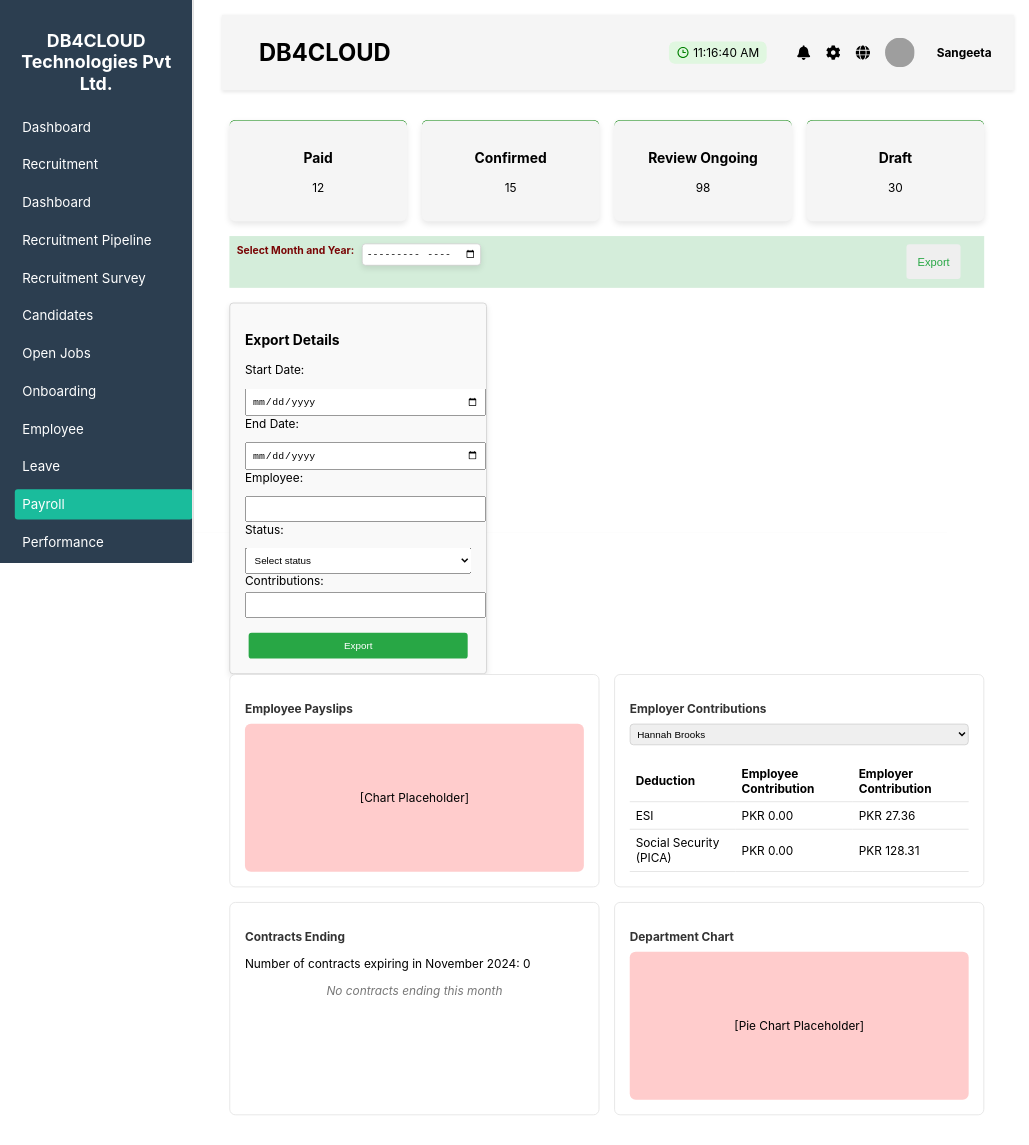
Repository: tinu-ns/Dev-code
Page: /payroll/payroll-dashboard (app in HRMS-DEMO-Sang/hrms/), after clicking the first element matching `button.export`
The author's editor kept a copy of each file at every save. The page is drawn from the files as they stood at one save, then again after the next save.
The browser window is 1280 px wide. The page is 1390 px wide, so the pictures cover 1390 px, including what lies to the right of the window. The pictures show the whole page, at 74% of full size.
Pictures or frames that could not be fetched are drawn as grey boxes. The project was rebuilt for these pictures with package versions that can differ from the ones it lists, and the page was loaded fresh each time. Also part of the build but not shown: HRMS-DEMO-Sang/hrms/src/components/Dashboard.js, HRMS-DEMO-Sang/hrms/src/components/Recruitment.js, HRMS-DEMO-Sang/hrms/src/components/Payroll/Payroll.js, HRMS-DEMO-Sang/hrms/src/components/Leave.js, HRMS-DEMO-Sang/hrms/src/components/Employee.js, HRMS-DEMO-Sang/hrms/src/components/MainContent.css, HRMS-DEMO-Sang/hrms/src/components/MainContent.js, HRMS-DEMO-Sang/hrms/src/components/RightSidebar.css and 8 more. Imported but missing from the stored project, and not drawn on this page: HRMS-DEMO-Sang/hrms/src/components/Onboarding, HRMS-DEMO-Sang/hrms/src/components/Performance.

Above is the page before, as saved 2024-11-06 11:36:38.

### HRMS-DEMO-Sang/hrms/src/components/Header.js
import React, {useState,useEffect} from 'react'
import {FaBell, FaCog, FaGlobe, FaSignOutAlt} from 'react-icons/fa'
import {BiTime} from 'react-icons/bi'
import './Header.css'

const Header = () => {
    const [currentTime, setCurrentTime] = useState('')
    const [showDropdown, setShowDropdown] = useState(false);

    const getCurrentTime = () => {
        const now = new Date()
        return now.toLocaleTimeString()   // Returns time as HH:MM:SS
    }

// Update time every second
useEffect(() => {
    const timer = setInterval(() => {
      setCurrentTime(getCurrentTime());
    }, 1000); // Update every 1000ms (1 second)

    // Cleanup interval on component unmount
    return () => clearInterval(timer);
  }, []); // Empty dependency array to run only on mount/unmount


    const toggleDropdown = () => {
        setShowDropdown(!showDropdown)
    }


  return (
    <header className='bg-container'>
      <div className='header'>
        <div className="header-left">
        <button className='menu-button'></button>
        <h1>DB4CLOUD</h1>
        </div>

        <div className="header-right">
          {/*  <p>You cannot mark attendence from this network</p> */}

                {/* Time display*/ }
                <div className="time-box">
                    <BiTime className='time-icon' />
                    <span>{currentTime}</span>
                </div>

                {/*Icons for notificatins, settings, etc. */}
                <FaBell className='icon' title='Notifications' />
                <FaCog className="icon" title="Settings" />
                <FaGlobe className='icon' title='Language' />

                {/* User Profile with dropdown*/ }

                <div className="user-profile" onClick={toggleDropdown}>
                    <div className="user-avatar">
                    < img src="https://th.bing.com/th/id/OIP.Pgv1PargHCECE7gCB5kJ-wHaKx?rs=1&pid=ImgDetMain"
                alt="user-Avatar" className="avatar" />
                    </div>
                    <span className="user-name">Sangeeta</span>

{showDropdown && (
    <div className="dropdown">
        <ul>
            <li>Profile</li>
            <li>Setting</li>
            <li>
                <FaSignOutAlt /> Logout
            </li>
        </ul>
    </div>
)}

</div>

     {  /*      <div className="user-info">
                <span className='user-name'>Shalu</span>
                < img src="https://th.bing.com/th/id/OIP.Pgv1PargHCECE7gCB5kJ-wHaKx?rs=1&pid=ImgDetMain"
                alt="user-Avatar" className="avatar" />
            </div>
            */ }
        </div>


      </div>

    </header>
  )
}

export default Header

### HRMS-DEMO-Sang/hrms/src/components/Payroll/PayrollDashboard.js
import React, { useState } from 'react';
import './PayrollDashboard.css';

const PayrollDashboard = () => {
  const [selectedDate, setSelectedDate] = useState("");
  const [showForm, setShowForm] = useState(false);
  const [formData, setFormData] = useState({
    startDate: '',
    endDate: '',
    employee: '',
    status: '',
    contributions: ''
  });

  const handleExportClick = () => {
    setShowForm(!showForm);
  };

  const handleChange = (e) => {
    const { name, value } = e.target;
    setFormData({
      ...formData,
      [name]: value
    });
  };

  const handleSubmit = (e) => {
    e.preventDefault();
    // Handle export logic here
    console.log('Exporting with data:', formData);
    setShowForm(false); // Close the form after submission
  };

  const handleDateChange = (event) => {
    setSelectedDate(event.target.value);
  };


  return (
    <div className="payroll-dashboard">
  {/*    <div className="status-containers">
        <div className="status-container paid">Paid</div>
        <div className="status-container confirmed">Confirmed</div>
        <div className="status-container review">Review Ongoing</div>
        <div className="status-container draft">Draft</div>
      </div>  */}


      <div className="status">
        <div className="status-item">
          <h3>Paid</h3>
          <p>12</p>
        </div>
        <div className="status-item">
          <h3>Confirmed</h3>
          <p>15</p>
        </div>
        <div className="status-item">
          <h3>Review Ongoing</h3>
          <p>98</p>
        </div>
        <div className="status-item">
          <h3>Draft</h3>
          <p>30</p>
        </div>
      </div>

        {/* for calender and export payslip details */}

      <div className="row-container">
        <div className="calendar-container">
          <div className="date-selector">
          <label>Select Month and Year:</label>
          <input
            type="month"
            value={selectedDate}
            onChange={handleDateChange}
          />
        </div>
        </div>

          {/* For export form details */}
        <div className="export-buttons">
          {[...Array(1)].map((_, index) => (
            <button key={index} onClick={handleExportClick} className='export'>
              Export
            </button>
          ))}
        </div>
      </div>

      {showForm && (
        <form className="export-form" onSubmit={handleSubmit}>
          <h3>Export Details</h3>

          <div className="form-row">
            <div className="form-group">
          <label>Start Date:</label>
            <input type="date" name="startDate" value={formData.startDate} onChange={handleChange} required />
          </div>
          <div className="form-group">
          <label>End Date:</label>
            <input type="date" name="endDate" value={formData.endDate} onChange={handleChange} required />
          </div>
          </div>

          <div className="form-row">
            <div className="form-group">
          <label>Employee:</label>
            <input type="text" name="employee" value={formData.employee} onChange={handleChange} required />
          </div>
          <div className="form-group">
          <label>Status:</label>
            <select name="status" value={formData.status} onChange={handleChange} required>
              <option value="">Select status</option>
              <option value="active">Active</option>
              <option value="inactive">Inactive</option>
            </select>
          </div>
          </div>
          <label>
            Contributions:
            <input type="text" name="contributions" value={formData.contributions} onChange={handleChange} />
          </label>
          <button type="submit">Export</button>
        </form>
      )}


<div className="dashboard-content">
        <div className="employee-payslips">
          <h3>Employee Payslips</h3>
          <div className="payslip-chart">[Chart Placeholder]</div>
        </div>

        <div className="contributions">
          <h3>Employer Contributions</h3>
          <select className="employee-dropdown">
            <option>Hannah Brooks</option>
            {/* Add other employee names */}
          </select>
          <table>
            <thead>
              <tr>
                <th>Deduction</th>
                <th>Employee Contribution</th>
                <th>Employer Contribution</th>
              </tr>
            </thead>
            <tbody>
              <tr>
                <td>ESI</td>
                <td>PKR 0.00</td>
                <td>PKR 27.36</td>
              </tr>
              <tr>
                <td>Social Security (PICA)</td>
                <td>PKR 0.00</td>
                <td>PKR 128.31</td>
              </tr>
            </tbody>
          </table>
        </div>

        <div className="contracts-ending">
          <h3>Contracts Ending</h3>
          <p>Number of contracts expiring in November 2024: 0</p>
          <div className="no-contracts">
            <p>No contracts ending this month</p>
          </div>
        </div>

        <div className="department-chart">
          <h3>Department Chart</h3>
          <div className="chart-placeholder">[Pie Chart Placeholder]</div>
        </div>
      </div>


    </div>
  );
};

export default PayrollDashboard;

### HRMS-DEMO-Sang/hrms/src/App.css
.app{
  display: flex;
  height: 100vh;
  background-color: #f4f4f4;
}

.content-container{
  flex-grow: 1;
  padding: 20px;
  background-color: #fff;
  margin-left: 200px;
  display: flex;
  flex-direction: column;

}

.main-section{
  display: flex;
  justify-content: space-between;
  padding: 20px;
}


.sidebar {
  width: 220px;
  background-color: #2c3e50;
  position: fixed;
  height: 100vh;
}

### HRMS-DEMO-Sang/hrms/src/components/Sidebar.css
 .container{
    display: flex;
    height: 100vh;
    margin-right: 50px;
}

/*
.content{
    flex-grow: 1;
    padding: 20px;
    padding-left: 50px;

}  */

.sidebar {
    width: 220px;
    height: 100vh;
    background-color: #503f2c;
    padding: 20px;
    color: white;
    height: 100vh;
    position: fixed;
    border-right: 2px solid #ddd;
    overflow-y: auto;        /* Allows vertical scrolling */
    position: fixed;
    margin-right: 200px;        /* Keeps sidebar fixed on the left side */

  }



  .sidebar h2{
    text-align: center;
    margin-bottom: 30px;
    font-size: 24px;
  }

  .sidebar-list{
    list-style-type: none;
    padding: 0;
  }


  .sidebar-list li{
    margin-bottom: 15px;
  }

  .sidebar-list li a {
    color: white;
    text-decoration: none;
    font-size: 18px;
    padding: 10px;
    border-radius: 4px;
    display: block;
  }

  .sidebar-list li a:hover{
    color: #1abc9c;
  }

  .sidebar-list li a.active{
    background-color: #1abc9c;
    color: white;
  }

  .sidebar {
    width: 250px;
    background-color: #2E3A46;
    color: #FFF;
    padding: 20px;
    height: 100vh;
  }

  .sidebar h2 {
    font-size: 1.5em;
    margin-bottom: 1em;
  }

  .sidebar ul {
    list-style: none;
    padding: 0;
  }

  .sidebar li {
    margin: 10px 0;
  }

  .sidebar li ul {
    margin-top: 5px;
  }

  .sidebar a {
    color: #FFF;
    text-decoration: none;
  }

  .sidebar a:hover {
    text-decoration: underline;
  }

  .sidebar a.active {
    color: #20c997;
  }

  .sidebar ul li a:hover, .menu-toggle:hover {
    background-color: #34495e;
  }

  .menu-toggle {
    background: none;
    border: none;
    color: #ecf0f1;
    font-size: 1rem;
    text-align: left;
    cursor: pointer;
    width: 100%;
    padding: 10px;
  }

  .submenu {
    list-style-type: none;
    padding-left: 20px;
  }

  .submenu li a {
    padding-left: 20px;
    font-size: 0.9rem;
  }

### HRMS-DEMO-Sang/hrms/src/components/Employee.css
/* EmployeeDashboard.css */
.employee-dashboard {
    padding: 20px;
  }

  .container {
    display: flex;
    justify-content: space-between;
    align-items: flex-start;
  }

  .month-year-selector {
    width: 40%;
  }

  .employee-details {
    width: 55%;
    padding: 10px;
    border: 1px solid #ccc;
    border-radius: 5px;
  }

  .calendar {
    margin-top: 10px;
    border: 1px solid #007bff;
    padding: 10px;
  }

  .calendar-month {
    display: grid;
    grid-template-columns: repeat(7, 1fr); /* 7 columns for the days */
    gap: 5px;
  }

  .calendar-day {
    padding: 10px;
    background-color: #f0f0f0;
    text-align: center;
    cursor: pointer;
    border: 1px solid #ccc;
    border-radius: 3px;
    transition: background-color 0.3s;
  }

  .calendar-day:hover {
    background-color: #d0e8ff;
  }

  .employee-chart {
    margin-top: 10px;
  }

  .employee-status {
    padding: 10px;
    border: 1px solid #ccc;
    border-radius: 5px;
    display: flex;
    justify-content: space-between;
    margin-bottom: 5px;
  }

  .draft { background-color: #fff3cd; }
  .reviewed { background-color: #cce5ff; }
  .confirmed { background-color: #d4edda; }
  .paid { background-color: #d1ecf1; }

### HRMS-DEMO-Sang/hrms/src/components/Header.css
.bg-container{
  padding-left: 30px;

}

.header {
    background-color: #f5f5f5;
    padding: 10px 20px;
    display: flex;
    justify-content: space-between;
    align-items: center;
    box-shadow: 0px 2px 5px rgba(0, 0, 0, 0.1);
  }

  .header-left {
    display: flex;
    align-items: center;
  }

  .menu-button {
    font-size: 24px;
    background: none;
    border: none;
    cursor: pointer;
  }

  .h1{
    margin-left: 15px;
    font-size: 24px;
    color: red! important ;
  }

  .header-right{
    display: flex;
    align-items: center;
  }

  .icon{
    margin-left: 20px;
    font-size: 20px;
    cursor: pointer;
  }

  .time-box {
    display: flex;
    align-items: center;
    background-color: #e0f7e0;
    padding: 5px 10px;
    border-radius: 8px;
    margin-right: 20px;
  }

  .time-icon {
    margin-right: 5px;
    font-size: 18px;
    color: green;
  }

  .user-profile{
    display: flex;
    align-items: center;
    cursor: pointer;
    position: relative;
  }

  .user-avatar{
    padding: 20px;
  }

  .avatar{
    width: 40px;
    height: 40px;
    background-color: #d4d4d4;
    border-radius: 50%;
    display: flex;
    justify-content: center;
    align-items: center;
    font-size: 18px;
    color: white;
    margin-right: 10px;

  }

  .user-name{
    font-weight: bold;
  }

  .dropdown{
    position: absolute;
    top: 50px;
    right: 0;
    background-color: #fff;
    box-shadow: 0px 2px 8px rgba(0, 0, 0, 0.1);
    border-radius: 5px;
    z-index: 100;
  }

  .dropdown ul {
    list-style-type: none;
    padding: 10px;
    margin: 0;
  }

  .dropdown ul li {
    padding: 10px 15px;
    cursor: pointer;
  }

  .dropdown ul li:hover {
    background-color: #f5f5f5;
  }

  .user-info {
    display: flex;
    align-items: center;
  }

  .user-name {
    margin-right: 10px;
  }

### HRMS-DEMO-Sang/hrms/src/components/Recruitment/RecruitmentPipeline.css
.pipeline-container {
    padding: 20px;
    background-color: #f5f5f5;
    border-radius: 8px;
  }

  .pipeline-section {
    margin-top: 20px;
  }

  .pipeline-section h3 {
    background-color: #f8f9fa;
    padding: 10px;
    border-left: 5px solid #ffa500;
  }

  .recruitment-table {
    width: 100%;
    border-collapse: collapse;
  }

  .recruitment-table th,
  .recruitment-table td {
    padding: 10px;
    border-bottom: 1px solid #ddd;
    text-align: left;
  }

  .recruitment-table th {
    background-color: #f1f1f1;
  }

  button {
    padding: 5px 10px;
    margin: 0 5px;
    border: none;
    border-radius: 4px;
    cursor: pointer;
  }

  button:hover {
    background-color: #ddd;
  }

### HRMS-DEMO-Sang/hrms/src/components/Payroll/PayrollDashboard.css
/* PayrollDashboard.css */
.payroll-dashboard {
  padding: 20px;
}

.status-containers {
  display: flex;
  justify-content: space-between;
  margin-bottom: 20px;
}

.status-container {
  background-color: #f0f0f0;
  border: 1px solid #ccc;
  padding: 10px;
  text-align: center;
  width: 18%;
}

.paid {
  background-color: #d4edda;
}
.confirmed {
  background-color: #cce5ff;
}
.review {
  background-color: #fff3cd;
}
.draft {
  background-color: #f8d7da;
}


.export-buttons {
  display: flex;
  gap: 10px;
  padding: 10px;
  text-align: center;
  cursor: pointer;
  width: 100px;


}

.export{
    color: #28a745;
    font-size: 15px;
    padding: 15px;
    font-weight: 400;

}

.export-form {
  margin-top: 20px;
  border: 1px solid #ccc;
  padding: 20px;
  background-color: #f9f9f9;
  border: 1px solid #ccc;
  border-radius: 5px;
  width: 30%;
  display: flex;
  flex-direction: column;
  box-shadow: 0px 4px 8px rgba(0, 0, 0, 0.1);
}

.export-form label {
  display: block;
  margin-bottom: 10px;
}

.export-form input,
.export-form select {
  width: 100%;
  padding: 8px;
  margin-top: 5px;
}

.export-form button {
  margin-top: 10px;
  padding: 10px;
  background-color: #28a745;
  color: white;
  border: none;
  cursor: pointer;
}

.status {
  display: flex;
  justify-content: space-around;
  gap: 20px;
}

.status-item {
  background-color: #f5f5f5;
  padding: 20px;
  width: 200px;
  text-align: center;
  border-radius: 8px;
  margin-bottom: 20px;
  box-shadow: 0px 4px 8px rgba(0, 0, 0, 0.1);
  border-top: 1px solid green;
}

.row-container {
  display: flex;
  align-items: center;
  justify-content: space-between; /* Space between calendar and export button */
  margin-bottom: 20px;
  background-color: #d4edda;
  text-align: center;

}

.calendar-container {
    margin-bottom: 20px;
  }


.date-selector {
  display: flex;
  flex-direction: row;
  padding: 10px;
}

.date-selector label {
  font-size: 14px;
  margin-bottom: 5px;
  margin-right: 10px;
  color: rgb(121, 5, 5);
  font-weight: bold;
  text-align: center;
}

.date-selector input[type="month"] {
  padding: 5px;
  border: 1px solid #ccc;
  border-radius: 5px;
  box-shadow: 0px 4px 8px rgba(0, 0, 0, 0.1);
}

.dashboard-content {
  display: grid;
  grid-template-columns: 1fr 1fr;
  gap: 20px;
}

.employee-payslips,
.contributions,
.contracts-ending,
.department-chart {
  background-color: #ffffff;
  border: 1px solid #e0e0e0;
  border-radius: 8px;
  padding: 20px;
}

.employee-payslips h3,
.contributions h3,
.contracts-ending h3,
.department-chart h3 {
  font-size: 16px;
  color: #333333;
  margin-bottom: 10px;
}

.payslip-chart,
.chart-placeholder {
  height: 200px;
  background-color: #ffcccc;
  border-radius: 8px;
  display: flex;
  align-items: center;
  justify-content: center;
}

.employee-dropdown {
  width: 100%;
  padding: 5px;
  margin-bottom: 10px;
  border: 1px solid #ccc;
  border-radius: 5px;
}

table {
  width: 100%;
  border-collapse: collapse;
  margin-top: 10px;
}

th,
td {
  padding: 8px;
  text-align: left;
  border-bottom: 1px solid #ddd;
}

.no-contracts {
  text-align: center;
  color: #777;
  font-style: italic;
}

### HRMS-DEMO-Sang/hrms/src/components/Employee/EmployeeDashboard.css
/* EmployeeDashboard.css */
.employee-dashboard {
    padding: 20px;
  }

  .container {
    display: flex;
    justify-content: space-between;
    align-items: flex-start;
  }

  .month-year-selector {
    width: 40%;
  }

  .employee-details {
    width: 55%;
    padding: 10px;
    border: 1px solid #ccc;
    border-radius: 5px;
  }

  .calendar {
    margin-top: 10px;
    border: 1px solid #007bff;
    padding: 10px;
  }

  .calendar-month {
    display: grid;
    grid-template-columns: repeat(7, 1fr); /* 7 columns for the days */
    gap: 5px;
  }

  .calendar-day {
    padding: 10px;
    background-color: #f0f0f0;
    text-align: center;
    cursor: pointer;
    border: 1px solid #ccc;
    border-radius: 3px;
    transition: background-color 0.3s;
  }

  .calendar-day:hover {
    background-color: #d0e8ff;
  }

  .employee-chart {
    margin-top: 10px;
  }

  .employee-status {
    padding: 10px;
    border: 1px solid #ccc;
    border-radius: 5px;
    display: flex;
    justify-content: space-between;
    margin-bottom: 5px;
  }

  .draft { background-color: #fff3cd; }
  .reviewed { background-color: #cce5ff; }
  .confirmed { background-color: #d4edda; }
  .paid { background-color: #d1ecf1; }

Loaded but not shown: HRMS-DEMO-Sang/hrms/public/index.html (common file); HRMS-DEMO-Sang/hrms/src/index.js (common file); HRMS-DEMO-Sang/hrms/src/index.css (common file); HRMS-DEMO-Sang/hrms/src/reportWebVitals.js (common file); HRMS-DEMO-Sang/hrms/src/App.js (78 lines, source omitted); HRMS-DEMO-Sang/hrms/src/components/Sidebar.js (102 lines, source omitted)

After the next save:
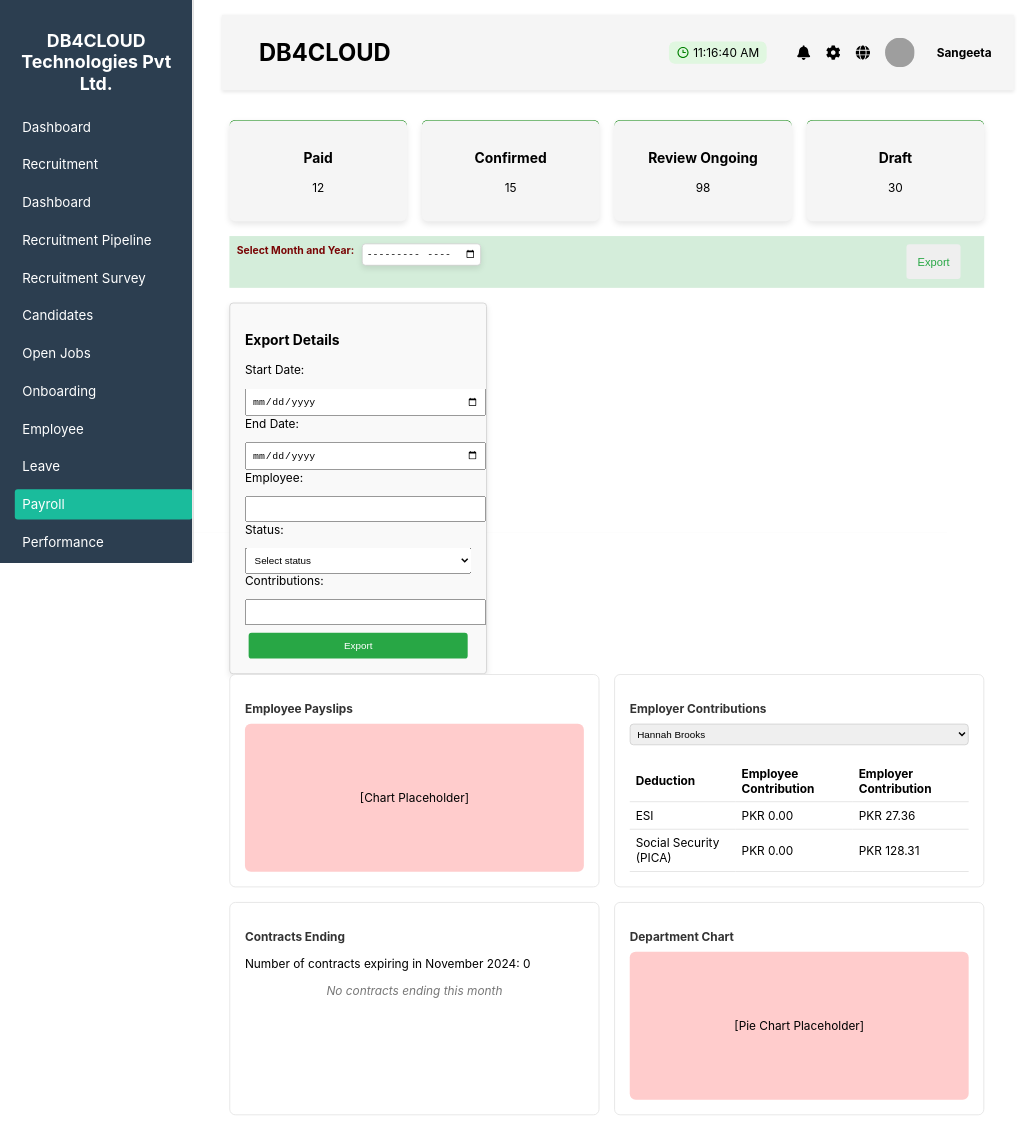
Saved 52 s later.
--- a/HRMS-DEMO-Sang/hrms/src/components/Payroll/PayrollDashboard.js
+++ b/HRMS-DEMO-Sang/hrms/src/components/Payroll/PayrollDashboard.js
@@ -118,11 +118,12 @@ const PayrollDashboard = () => {
             </select>
           </div>
           </div>
-          <label>
-            Contributions:
+
+          <div className="form-group">
+          <label>Contributions:</label>
             <input type="text" name="contributions" value={formData.contributions} onChange={handleChange} />
-          </label>
-          <button type="submit">Export</button>
+          </div>
+          <button type="submit" className='submit-button'>Export</button>
         </form>
       )}
 
